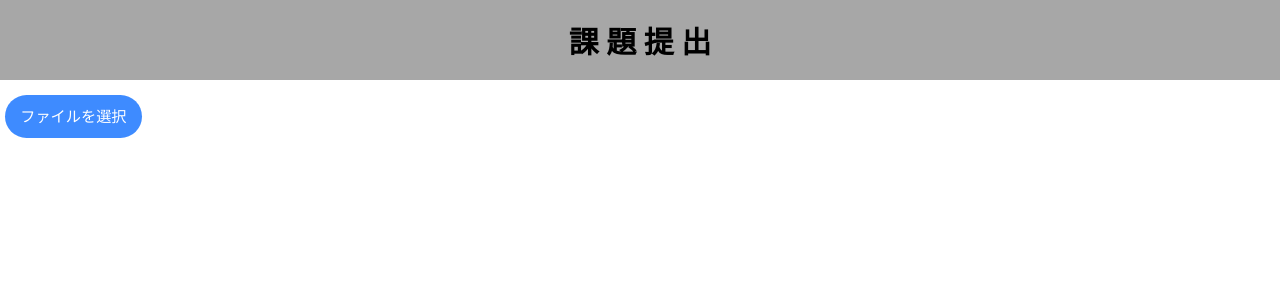
Repository: k-murakami18/canvas_v2
Page: submission.html
The author's editor kept a copy of each file at every save. The page is drawn from the files as they stood at one save, then again after the next save.
The browser window is 1280 px wide. The pictures show the whole page.

Above is the page before, as saved 2021-01-12 13:47:42.

After the next save:
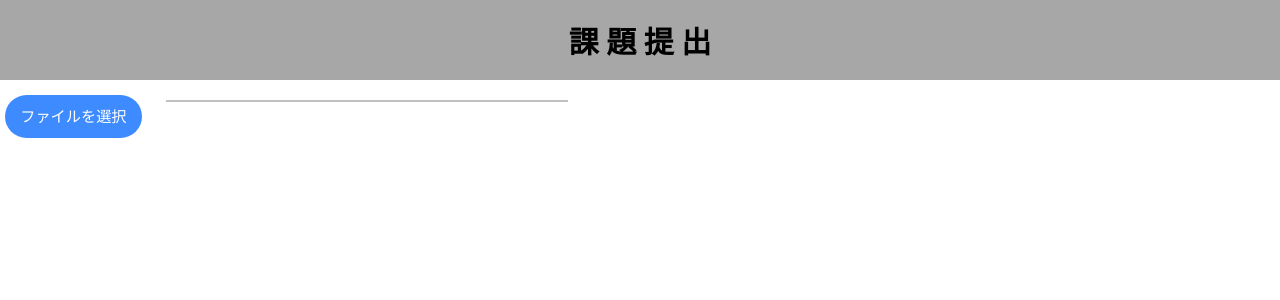
Saved 40 s later.
--- a/style.css
+++ b/style.css
@@ -210,7 +210,7 @@
   display: none;
 }
 
-#preview img {
+#preview {
   width: 400px;
   margin: 20px;
   border: solid 1px silver;

After the save that followed:
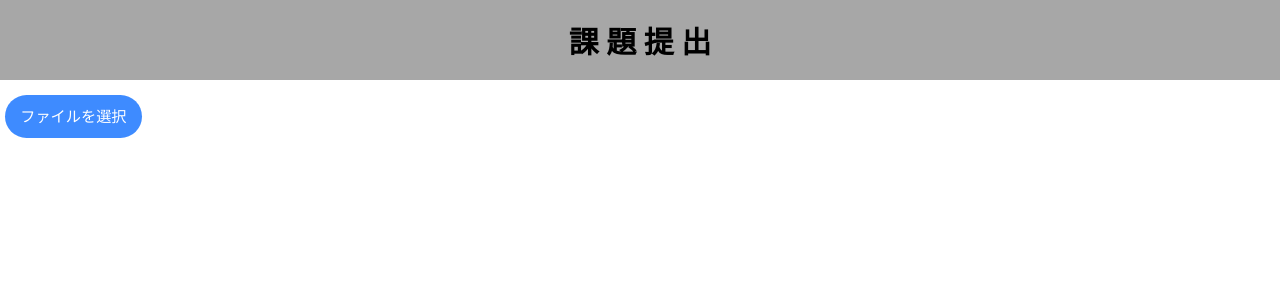
Saved 35 s later.
--- a/style.css
+++ b/style.css
@@ -213,5 +213,5 @@
 #preview {
   width: 400px;
   margin: 20px;
-  border: solid 1px silver;
-}
+
+}
